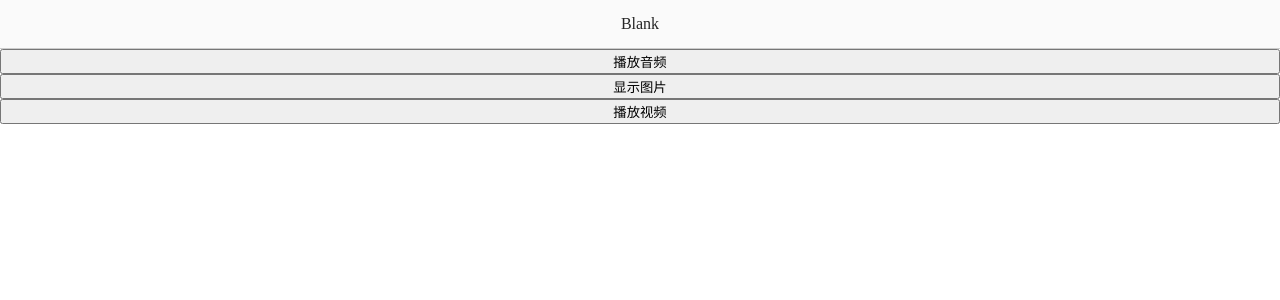
Repository: andycj7/-
Page: web/test3/index.html
An editor plug-in stored every save of this project. The page is shown before and after the next save, followed by the edit.
The browser window is 1280 px wide. The pictures show the whole page.

Above is the page before, as saved 2020-07-15 05:32:23.

After the next save:
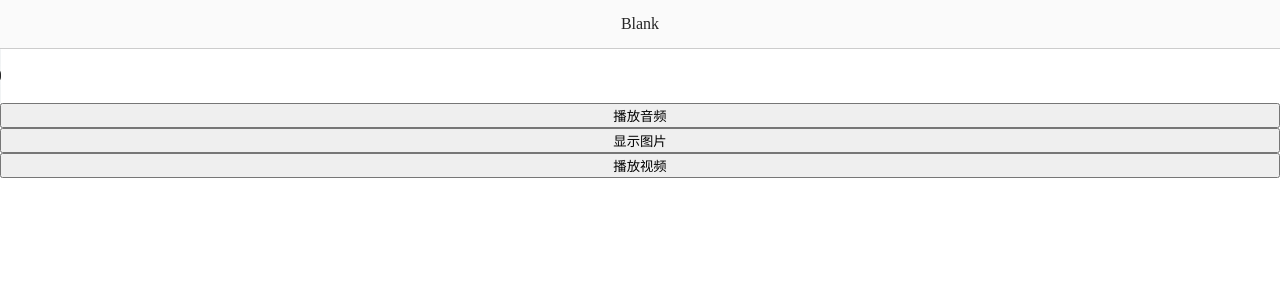
Saved 2 min 34 s later.
--- a/web/test3/index.html
+++ b/web/test3/index.html
@@ -12,7 +12,7 @@
 	<div class="title">Blank</div>
 	<div class="line"></div>
 	<div class = "display">
-		<audio id = "audio">
+		<audio id = "audio" controls="controls">
 			<source src="./res/audio/1.mp3" type = "audio/mp3">
 		</audio>
 		<button onclick="palyMusic()">播放音频</button>

After the 3 saves that followed:
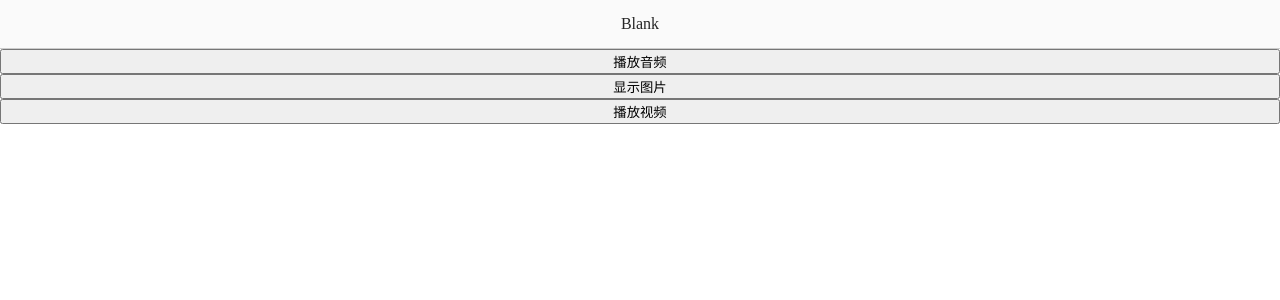
The 3 saves are shown as one change because 2 left the picture as it was.
The last was saved 13 min 29 s later.
--- a/web/test3/index.html
+++ b/web/test3/index.html
@@ -12,7 +12,7 @@
 	<div class="title">Blank</div>
 	<div class="line"></div>
 	<div class = "display">
-		<audio id = "audio" controls="controls">
+		<audio id = "audio">
 			<source src="./res/audio/1.mp3" type = "audio/mp3">
 		</audio>
 		<button onclick="palyMusic()">播放音频</button>
@@ -33,7 +33,8 @@
 		img.src = "./res/img/appicon.png"
 	}
 	const palyMusic = () => {
-		document.getElementById("audio").autoplay = "autoplay";
+		document.getElementById("audio").load();
+		document.getElementById("audio").play();
 	}
 </script>
 </html>
